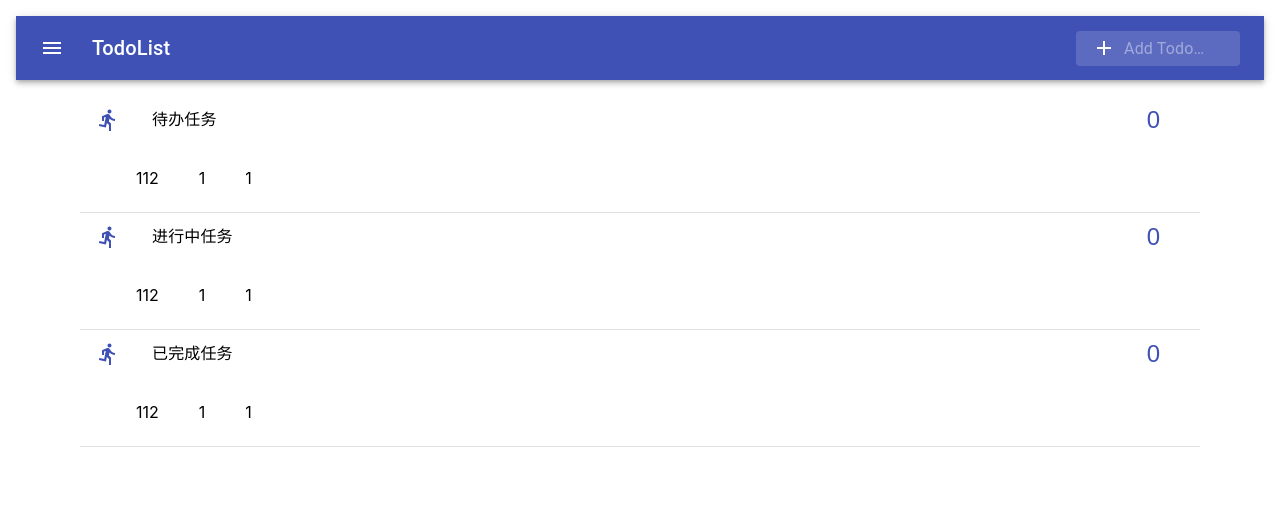
Repository: harperl71/TodoList
Page: /
These files come from the project's save history. The page is drawn as it stood at one moment and after the next save; the edit follows.
The browser window is 1280 px wide. The pictures show the whole page.
The project was rebuilt for these pictures with package versions that can differ from the ones it lists, and the page was loaded fresh each time. Also part of the build but not shown: src/components/content/task-item/index.tsx.

Above is the page before, as saved 2021-05-21 10:26:08.

After the next save:
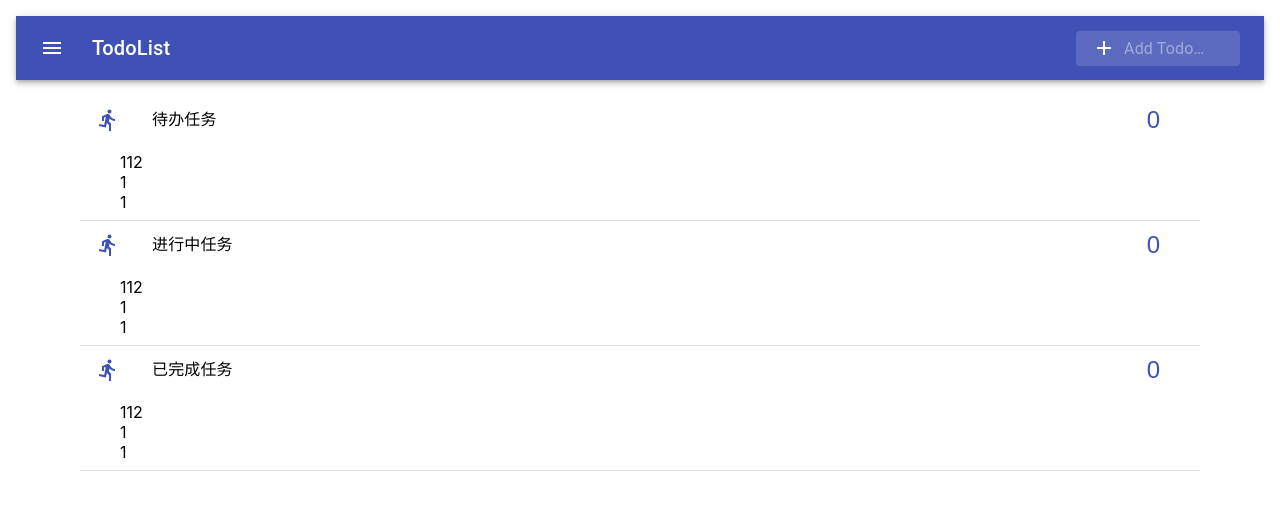
Saved 6 s later.
--- a/src/components/content/task-list/index.tsx
+++ b/src/components/content/task-list/index.tsx
@@ -74,7 +74,7 @@ const TaskList = ({ title, status }: Iprops) => {
             }
           </IconButton>
         </ListItem>
-        <ListItem className={title}>
+        <List className={title}>
           {todoList
             .filter((item) => {
               return item.status === status;
@@ -85,7 +85,7 @@ const TaskList = ({ title, status }: Iprops) => {
           <ul>112</ul>
           <ul>1</ul>
           <ul>1</ul>
-        </ListItem>
+        </List>
         <Divider />
       </List>
     </div>
